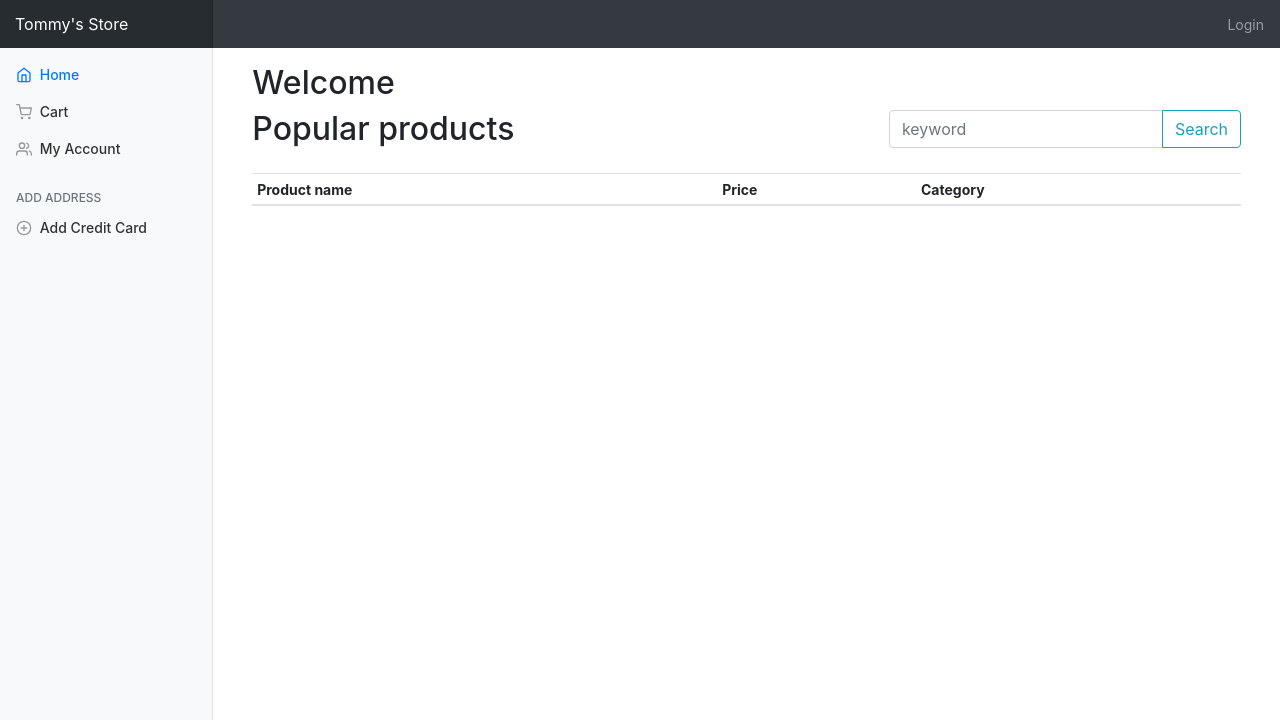
Repository: jlpduqueza/tommystore
Page: http://localhost/tommystore/WEB-INF/jsp/home.jsp
These files come from the project's save history. The page is drawn as it stood at one moment and after the next save; the edit follows.
The browser window is 1280 px wide. The pictures show the whole page.
The page is served by Tomcat 9. Nobody is signed in. Other server files are loaded and not shown. The template is opened directly, without the code that normally fills it, so the values that code supplies are empty.

Above is the page before, as saved 2019-09-04 04:09:25.

### tommystore/WebContent/WEB-INF/jsp/home.jsp
<%@ page language="java" contentType="text/html; charset=UTF-8"
    pageEncoding="UTF-8"%>
<%@ taglib prefix="form" uri="http://www.springframework.org/tags/form"%>
<%@taglib prefix="c" uri="http://java.sun.com/jsp/jstl/core" %>
<!DOCTYPE html>
<!-- saved from url=(0053)https://getbootstrap.com/docs/4.0/examples/dashboard/ -->
<html lang="en"><head><meta http-equiv="Content-Type" content="text/html; charset=UTF-8">

    <meta name="viewport" content="width=device-width, initial-scale=1, shrink-to-fit=no">
    <meta name="description" content="">
    <meta name="author" content="">
    <link rel="icon" href="https://getbootstrap.com/docs/4.0/assets/img/favicons/favicon.ico">
    <link rel="canonical" href="https://getbootstrap.com/docs/4.0/examples/dashboard/">
    <!-- Bootstrap core CSS -->
    <link href="<c:url value="/resources/bootstrap.min.css"/>" rel="stylesheet">
    <!-- Custom styles for this template -->
    <link href="<c:url value="/resources/dashboard.css"/>" rel="stylesheet">
  <style type="text/css">/* Chart.js */
@-webkit-keyframes chartjs-render-animation{from{opacity:0.99}to{opacity:1}}@keyframes chartjs-render-animation{from{opacity:0.99}to{opacity:1}}.chartjs-render-monitor{-webkit-animation:chartjs-render-animation 0.001s;animation:chartjs-render-animation 0.001s;}</style></head>

 <jsp:include page="/WEB-INF/jsp/side-navbar-user.jsp" />
  <body>

<%-- 	<h2><c:out value = "Welcome ${user.email}!"/></h2> --%>

        <main role="main" class="col-md-9 ml-sm-auto col-lg-10 pt-3 px-4"><div class="chartjs-size-monitor" style="position: absolute; left: 0px; top: 0px; right: 0px; bottom: 0px; overflow: hidden; pointer-events: none; visibility: hidden; z-index: -1;"><div class="chartjs-size-monitor-expand" style="position:absolute;left:0;top:0;right:0;bottom:0;overflow:hidden;pointer-events:none;visibility:hidden;z-index:-1;"><div style="position:absolute;width:1000000px;height:1000000px;left:0;top:0"></div></div><div class="chartjs-size-monitor-shrink" style="position:absolute;left:0;top:0;right:0;bottom:0;overflow:hidden;pointer-events:none;visibility:hidden;z-index:-1;"><div style="position:absolute;width:200%;height:200%;left:0; top:0"></div></div></div>

	  		<div class="container">
				<h2><c:out value = "Welcome ${user.email}"/></h2>
	  		<ul class="list-inline">
				<li class="list-inline-item">
       			   <h2>Popular products</h2>
				</li>
				<li class="list-inline-item float-right">
					<form:form action="search-product" method="POST" modelAttribute="searchBean">
						<div class="input-group form-group">
							  <form:input path="keyword" type="text" class="form-control" placeholder="keyword" aria-label="Search" aria-describedby="basic-addon2"/>
						  	<div class="input-group-append">
						    	<button class="btn btn-outline-info" type="submit">Search</button>
						  	</div>
						</div>
					</form:form>
				</li>
			</ul>
			  <div class="table-responsive">
	            <table class="table table-striped table-sm">
	              <thead>
	                <tr>
	                  <th>Product name</th>
	                  <th>Price</th>
	                  <th>Category</th>
	<!--                   <th>Action</th> -->
	                </tr>
	              </thead>
	              <tbody>
			         <c:forEach var="product" items="${productList}">
				         <tr>
					         <td><c:out value = "${product.name}"/></td>
					         <td><c:out value = "${product.price}"/></td>
					         <td><c:out value = "${product.category.name}"/></td>
					    <%--      <td><a class="btn btn-dark" href="edit-user-view/${user.id}" role="button">Edit</a></td> --%>
				         </tr>
			         </c:forEach>
	              </tbody>
	            </table>
	          </div>
			</div>
          </main>


    <!-- Bootstrap core JavaScript
    ================================================== -->
    <!-- Placed at the end of the document so the pages load faster -->
    <script>window.jQuery || document.write('<script src="../../assets/js/vendor/jquery-slim.min.js"><\/script>')</script>
    <script src="<c:url value="/resources/popper.min.js"/>"></script>
    <script src="<c:url value="/resources/bootstrap.min.js"/>"></script>

    <!-- Icons -->
    <script src="<c:url value="/resources/feather.min.js"/>"></script>

    <script src="/resources/jquery-3.2.1.slim.min.js"></script>
</body></html>

### tommystore/WebContent/WEB-INF/jsp/side-navbar-user.jsp
<%@ page language="java" contentType="text/html; charset=UTF-8"
    pageEncoding="UTF-8"%>
<%@taglib prefix="c" uri="http://java.sun.com/jsp/jstl/core" %>
<!DOCTYPE html>
<!-- saved from url=(0053)https://getbootstrap.com/docs/4.0/examples/dashboard/ -->
<html lang="en"><head>

	<meta http-equiv="Content-Type" content="text/html; charset=UTF-8">

    <meta name="viewport" content="width=device-width, initial-scale=1, shrink-to-fit=no">
    <meta name="description" content="">
    <meta name="author" content="">
    <link rel="icon" href="https://getbootstrap.com/docs/4.0/assets/img/favicons/favicon.ico">

    <title>Dashboard Template for Bootstrap</title>

    <link rel="canonical" href="https://getbootstrap.com/docs/4.0/examples/dashboard/">

    <!-- Bootstrap core CSS -->
    <link href="<c:url value="/resources/bootstrap.min.css"/>" rel="stylesheet">

    <!-- Custom styles for this template -->
    <link href="<c:url value="/resources/dashboard.css"/>" rel="stylesheet">
  <style type="text/css">/* Chart.js */
@-webkit-keyframes chartjs-render-animation{from{opacity:0.99}to{opacity:1}}@keyframes chartjs-render-animation{from{opacity:0.99}to{opacity:1}}.chartjs-render-monitor{-webkit-animation:chartjs-render-animation 0.001s;animation:chartjs-render-animation 0.001s;}</style></head>

<jsp:include page="/WEB-INF/jsp/top-navbar.jsp" />
  <body>
    <div class="container-fluid">
      <div class="row">
        <nav class="col-md-2 d-none d-md-block bg-light sidebar">
          <div class="sidebar-sticky">
            <ul class="nav flex-column">
              <li class="nav-item">
                <a class="nav-link active" href="/tommystore/admin/dashboard">
                  <svg xmlns="http://www.w3.org/2000/svg" width="24" height="24" viewBox="0 0 24 24" fill="none" stroke="currentColor" stroke-width="2" stroke-linecap="round" stroke-linejoin="round" class="feather feather-home"><path d="M3 9l9-7 9 7v11a2 2 0 0 1-2 2H5a2 2 0 0 1-2-2z"></path><polyline points="9 22 9 12 15 12 15 22"></polyline></svg>
                  Home <span class="sr-only">(current)</span>
                </a>
              </li>
              <li class="nav-item">
                <a class="nav-link" href="/tommystore/admin/product-list-view">
                  <svg xmlns="http://www.w3.org/2000/svg" width="24" height="24" viewBox="0 0 24 24" fill="none" stroke="currentColor" stroke-width="2" stroke-linecap="round" stroke-linejoin="round" class="feather feather-shopping-cart"><circle cx="9" cy="21" r="1"></circle><circle cx="20" cy="21" r="1"></circle><path d="M1 1h4l2.68 13.39a2 2 0 0 0 2 1.61h9.72a2 2 0 0 0 2-1.61L23 6H6"></path></svg>
                  Cart
                </a>
              </li>
              <li class="nav-item">
                <a class="nav-link" href="/tommystore/admin/user-list-view">
                  <svg xmlns="http://www.w3.org/2000/svg" width="24" height="24" viewBox="0 0 24 24" fill="none" stroke="currentColor" stroke-width="2" stroke-linecap="round" stroke-linejoin="round" class="feather feather-users"><path d="M17 21v-2a4 4 0 0 0-4-4H5a4 4 0 0 0-4 4v2"></path><circle cx="9" cy="7" r="4"></circle><path d="M23 21v-2a4 4 0 0 0-3-3.87"></path><path d="M16 3.13a4 4 0 0 1 0 7.75"></path></svg>
                  My Account
                </a>
              </li>
<!--               <li class="nav-item">
                <a class="nav-link" href="https://getbootstrap.com/docs/4.0/examples/dashboard/#">
                  <svg xmlns="http://www.w3.org/2000/svg" width="24" height="24" viewBox="0 0 24 24" fill="none" stroke="currentColor" stroke-width="2" stroke-linecap="round" stroke-linejoin="round" class="feather feather-bar-chart-2"><line x1="18" y1="20" x2="18" y2="10"></line><line x1="12" y1="20" x2="12" y2="4"></line><line x1="6" y1="20" x2="6" y2="14"></line></svg>
                  Reports
                </a>
              </li> -->
            </ul>

            <h6 class="sidebar-heading d-flex justify-content-between align-items-center px-3 mt-4 mb-1 text-muted">
              <span>Add Address</span>
              <a class="d-flex align-items-center text-muted" href="https://getbootstrap.com/docs/4.0/examples/dashboard/#"></a>
            </h6>
            <ul class="nav flex-column mb-2">
              <li class="nav-item">
                <a class="nav-link" href="/tommystore/admin/add-admin-view">
                  <svg xmlns="http://www.w3.org/2000/svg" width="24" height="24" viewBox="0 0 24 24" fill="none" stroke="currentColor" stroke-width="2" stroke-linecap="round" stroke-linejoin="round" class="feather feather-plus-circle"><circle cx="12" cy="12" r="10"></circle><line x1="12" y1="8" x2="12" y2="16"></line><line x1="8" y1="12" x2="16" y2="12"></line></svg>
                  Add Credit Card
                </a>
              </li>
            </ul>
          </div>
        </nav>

      </div>
    </div>

    <!-- Bootstrap core JavaScript
    ================================================== -->
    <!-- Placed at the end of the document so the pages load faster -->
    <script src="/resources/jquery-3.2.1.slim.min.js" integrity="sha384-KJ3o2DKtIkvYIK3UENzmM7KCkRr/rE9/Qpg6aAZGJwFDMVNA/GpGFF93hXpG5KkN" crossorigin="anonymous" type="text/javascript"></script>
    <script>window.jQuery || document.write('<script src="../../assets/js/vendor/jquery-slim.min.js"><\/script>')</script>
    <script src="<c:url value="/resources/popper.min.js"/>"></script>
    <script src="<c:url value="/resources/bootstrap.min.js"/>"></script>

    <!-- Icons -->
    <script src="<c:url value="/resources/feather.min.js"/>"></script>

</body></html>

### tommystore/WebContent/WEB-INF/jsp/top-navbar.jsp
<%@ page language="java" contentType="text/html; charset=UTF-8"
    pageEncoding="UTF-8"%>
<%@taglib prefix="c" uri="http://java.sun.com/jsp/jstl/core" %>
<%@ taglib prefix="form" uri="http://www.springframework.org/tags/form"%>
<!DOCTYPE html>
<!-- saved from url=(0053)https://getbootstrap.com/docs/4.0/examples/dashboard/ -->
<html lang="en"><head>

	<meta http-equiv="Content-Type" content="text/html; charset=UTF-8">

    <meta name="viewport" content="width=device-width, initial-scale=1, shrink-to-fit=no">
    <meta name="description" content="">
    <meta name="author" content="">
    <link rel="icon" href="https://getbootstrap.com/docs/4.0/assets/img/favicons/favicon.ico">
	<script src="https://ajax.googleapis.com/ajax/libs/jquery/3.3.1/jquery.min.js"></script>
    <title>Dashboard Template for Bootstrap</title>

    <link rel="canonical" href="https://getbootstrap.com/docs/4.0/examples/dashboard/">

    <!-- Bootstrap core CSS -->
    <link href="<c:url value="/resources/bootstrap.min.css"/>" rel="stylesheet">

    <!-- Custom styles for this template -->
    <link href="<c:url value="/resources/dashboard.css"/>" rel="stylesheet">
  <style type="text/css">/* Chart.js */
@-webkit-keyframes chartjs-render-animation{from{opacity:0.99}to{opacity:1}}@keyframes chartjs-render-animation{from{opacity:0.99}to{opacity:1}}.chartjs-render-monitor{-webkit-animation:chartjs-render-animation 0.001s;animation:chartjs-render-animation 0.001s;}</style>

</head>

  <body>

  	<c:choose>
       <c:when test="${user==null}">
		    <nav class="navbar navbar-dark sticky-top bg-dark flex-md-nowrap p-0">
		      <a class="navbar-brand col-sm-3 col-md-2 mr-0" href="https://getbootstrap.com/docs/4.0/examples/dashboard/#">Tommy's Store</a>

		      <ul class="navbar-nav px-3">
		        <li class="nav-item text-nowrap">
		          <a class="nav-link" href="login">Login</a>
		        </li>
		      </ul>
		    </nav>
	     </c:when>
	     <c:when test="${user!=null}">
		    <nav class="navbar navbar-dark sticky-top bg-dark flex-md-nowrap p-0">
		      <a class="navbar-brand col-sm-3 col-md-2 mr-0" href="https://getbootstrap.com/docs/4.0/examples/dashboard/#">Tommy's Store</a>

		     	<div class="nav-item dropdown">
                    <a href="#" class="nav-link dropdown-toggle" style="color: rgb(255, 255, 255)" data-toggle="dropdown">${user.firstName}</a>
                    <div class="dropdown-menu">
                        <a href="/tommystore/logout" class="dropdown-item">Logout</a>
                    </div>
                </div>

		    </nav>
	     </c:when>
		</c:choose>

    <!-- Bootstrap core JavaScript
    ================================================== -->
    <!-- Placed at the end of the document so the pages load faster -->
    <script src="<c:url value="/resources/bootstrap.min.js"/>"></script>
<!--     <script>window.jQuery || document.write('<script src="../../assets/js/vendor/jquery-slim.min.js"><\/script>')</script> -->
    <script src="<c:url value="/resources/popper.min.js"/>"></script>

    <!-- Icons -->
    <script src="<c:url value="/resources/feather.min.js"/>"></script>

   <!--  <script src="/resources/jquery-3.2.1.slim.min.js" ></script> -->
</body></html>

### tommystore/WebContent/resources/dashboard-theme/dashboard.css
body {
  font-size: .875rem;
}

.feather {
  width: 16px;
  height: 16px;
  vertical-align: text-bottom;
}

/*
 * Sidebar
 */

.sidebar {
  position: fixed;
  top: 0;
  bottom: 0;
  left: 0;
  z-index: 100; /* Behind the navbar */
  padding: 0;
  box-shadow: inset -1px 0 0 rgba(0, 0, 0, .1);
}

.sidebar-sticky {
  position: -webkit-sticky;
  position: sticky;
  top: 48px; /* Height of navbar */
  height: calc(100vh - 48px);
  padding-top: .5rem;
  overflow-x: hidden;
  overflow-y: auto; /* Scrollable contents if viewport is shorter than content. */
}

.sidebar .nav-link {
  font-weight: 500;
  color: #333;
}

.sidebar .nav-link .feather {
  margin-right: 4px;
  color: #999;
}

.sidebar .nav-link.active {
  color: #007bff;
}

.sidebar .nav-link:hover .feather,
.sidebar .nav-link.active .feather {
  color: inherit;
}

.sidebar-heading {
  font-size: .75rem;
  text-transform: uppercase;
}

/*
 * Navbar
 */

.navbar-brand {
  padding-top: .75rem;
  padding-bottom: .75rem;
  font-size: 1rem;
  background-color: rgba(0, 0, 0, .25);
  box-shadow: inset -1px 0 0 rgba(0, 0, 0, .25);
}

.navbar .form-control {
  padding: .75rem 1rem;
  border-width: 0;
  border-radius: 0;
}

.form-control-dark {
  color: #fff;
  background-color: rgba(255, 255, 255, .1);
  border-color: rgba(255, 255, 255, .1);
}

.form-control-dark:focus {
  border-color: transparent;
  box-shadow: 0 0 0 3px rgba(255, 255, 255, .25);
}

/*
 * Utilities
 */

.border-top { border-top: 1px solid #e5e5e5; }
.border-bottom { border-bottom: 1px solid #e5e5e5; }

Loaded but not shown: tommystore/WebContent/resources/dashboard-theme/bootstrap.min.css (library); tommystore/WebContent/resources/dashboard-theme/bootstrap.min.js (library); tommystore/WebContent/resources/dashboard-theme/popper.min.js (library); tommystore/WebContent/resources/dashboard-theme/feather.min.js (library); tommystore/WebContent/resources/dashboard-theme/jquery-3.2.1.slim.min.js (library)

After the next save:
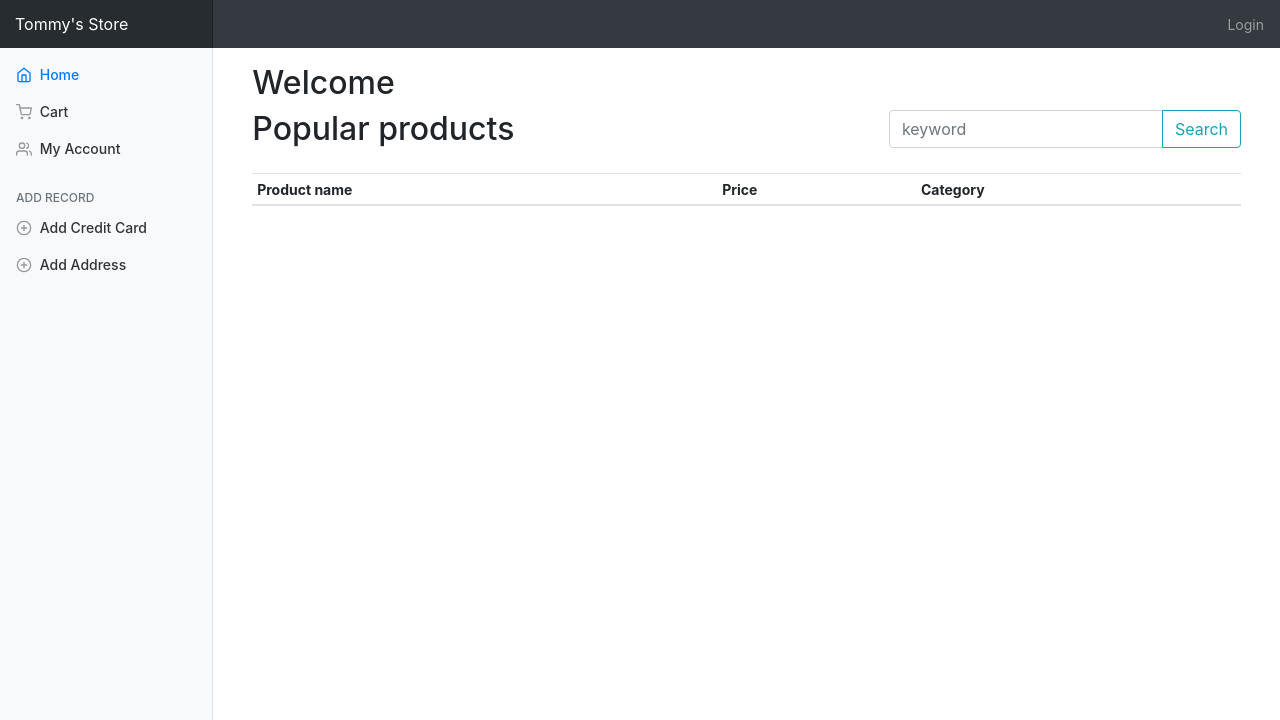
Saved 64 s later.
--- a/tommystore/WebContent/WEB-INF/jsp/side-navbar-user.jsp
+++ b/tommystore/WebContent/WEB-INF/jsp/side-navbar-user.jsp
@@ -58,7 +58,7 @@
             </ul>
 
             <h6 class="sidebar-heading d-flex justify-content-between align-items-center px-3 mt-4 mb-1 text-muted">
-              <span>Add Address</span>
+              <span>Add Record</span>
               <a class="d-flex align-items-center text-muted" href="https://getbootstrap.com/docs/4.0/examples/dashboard/#"></a>
             </h6>
             <ul class="nav flex-column mb-2">
@@ -66,6 +66,12 @@
                 <a class="nav-link" href="/tommystore/admin/add-admin-view">
                   <svg xmlns="http://www.w3.org/2000/svg" width="24" height="24" viewBox="0 0 24 24" fill="none" stroke="currentColor" stroke-width="2" stroke-linecap="round" stroke-linejoin="round" class="feather feather-plus-circle"><circle cx="12" cy="12" r="10"></circle><line x1="12" y1="8" x2="12" y2="16"></line><line x1="8" y1="12" x2="16" y2="12"></line></svg>
                   Add Credit Card
+                </a>
+              </li>
+              <li class="nav-item">
+                <a class="nav-link" href="/tommystore/admin/add-category-view">
+                  <svg xmlns="http://www.w3.org/2000/svg" width="24" height="24" viewBox="0 0 24 24" fill="none" stroke="currentColor" stroke-width="2" stroke-linecap="round" stroke-linejoin="round" class="feather feather-plus-circle"><circle cx="12" cy="12" r="10"></circle><line x1="12" y1="8" x2="12" y2="16"></line><line x1="8" y1="12" x2="16" y2="12"></line></svg>
+                  Add Address
                 </a>
               </li>
             </ul>
